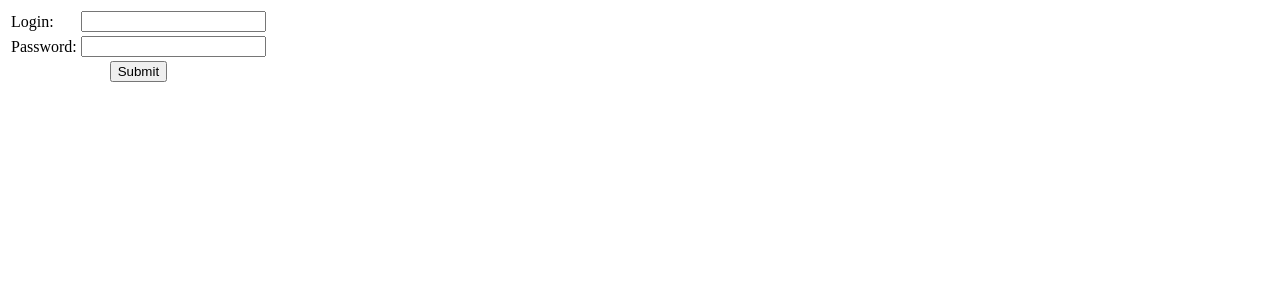
Repository: student084/java-ee-Web
Page: ServletForm/WebRoot/Register.html
The author's editor kept a copy of each file at every save. The page is drawn from the files as they stood at one save, then again after the next save.
The browser window is 1280 px wide. The pictures show the whole page.

Above is the page before, as saved 2017-02-10 01:13:58.

### ServletForm/WebRoot/Register.html
<!DOCTYPE html>
<html>
  <head>
    <title>Register.html</title>

    <meta http-equiv="keywords" content="keyword1,keyword2,keyword3">
    <meta http-equiv="description" content="this is my page">
    <meta http-equiv="content-type" content="text/html; charset=UTF-8">

    <!--<link rel="stylesheet" type="text/css" href="./styles.css">-->

  </head>

  <body>
    <form name="f1" action="" method="post">
      <table border="0">
        <tr>
          <td>Login:</td>
          <td><input type="text" name="login" id="login"></td>
        </tr>
        <tr>
          <td>Password:</td>
          <td><input type="password" name="password" id="password"></td>
        </tr>
        <tr>
          <td colspan="2" align="center"><input type="submit"></td>
        </tr>
      </table>
    </form>
  </body>
</html>

After the next save:
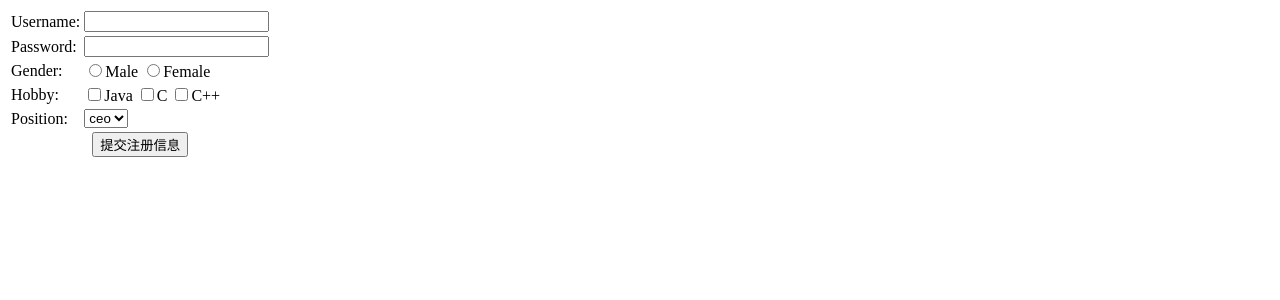
Saved 10 min 33 s later.
--- a/ServletForm/WebRoot/Register.html
+++ b/ServletForm/WebRoot/Register.html
@@ -15,15 +15,40 @@
     <form name="f1" action="" method="post">
       <table border="0">
         <tr>
-          <td>Login:</td>
-          <td><input type="text" name="login" id="login"></td>
+          <td>Username:</td>
+          <td><input type="text" name="username"></td>
         </tr>
         <tr>
           <td>Password:</td>
-          <td><input type="password" name="password" id="password"></td>
+          <td><input type="password" name="password"></td>
         </tr>
         <tr>
-          <td colspan="2" align="center"><input type="submit"></td>
+          <td>Gender:</td>
+          <td>
+          <input type="radio" name="gender" value="0">Male
+          <input type="radio" name="gender" value="1">Female
+          </td>
+        </tr>
+        <tr>
+          <td>Hobby:</td>
+          <td>
+          <input type="checkbox" name="hobby" value="1">Java
+           <input type="checkbox" name="hobby" value="2">C
+            <input type="checkbox" name="hobby" value="3">C++
+          </td>
+        </tr>
+         <tr>
+          <td>Position:</td>
+          <td>
+          <select name="position">
+          	<option value="ceo">ceo</option>
+          	<option value="cto">cto</option>
+          	<option value="cfo">cfo</option>
+          </select>
+          </td>
+        </tr>
+        <tr>
+          <td colspan="2" align="center"><input type="submit" value="提交注册信息"></td>
         </tr>
       </table>
     </form>
